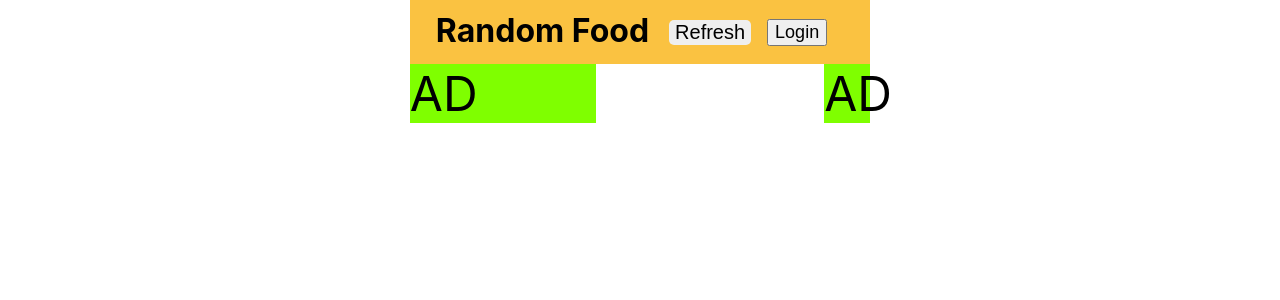
Repository: limjoohyun2030/random-food
Page: /random-food/home
The author's editor kept a copy of each file at every save. The page is drawn from the files as they stood at one save, then again after the next save.
The browser window is 1280 px wide. The pictures show the whole page.
The page's requests for data from a server got no answer. The project was rebuilt for these pictures with package versions that can differ from the ones it lists, and the page was loaded fresh each time. A package was used in the major version that the imports need, not the one package.json lists. No one was signed in, and anything a server would have sent is missing. Also part of the build but not shown: src/components/food_detail/food_detail.module.css, src/components/food_detail/food_detail.jsx, src/components/food_item/food_item.module.css, src/components/food_item/food_item.jsx, src/components/login/login.module.css, src/components/login/login.jsx.

Above is the page before, as saved 2021-11-11 17:03:36.

### public/index.html
<!DOCTYPE html>
<html lang="en">
  <head>
    <meta charset="utf-8" />
    <link rel="icon" href="/images/foodIcon.ico" />
    <meta name="viewport" content="width=device-width, initial-scale=1" />
    <meta name="theme-color" content="#000000" />
    <meta
      name="description"
      content="Web site created using create-react-app"
    />

    <title>Random Food</title>
  </head>
  <body>
    <noscript>You need to enable JavaScript to run this app.</noscript>
    <div id="root"></div>
  </body>
</html>

### src/index.js
import React from "react";
import ReactDOM from "react-dom";
import "./index.css";
import App from "./app";
import AuthService from "./service/auth_service";

const authService = new AuthService();

ReactDOM.render(
  <React.StrictMode>
    <App authService={authService} />
  </React.StrictMode>,
  document.getElementById("root")
);

### src/index.css
body {
  margin: 0;
  padding: 0;
  font-family: -apple-system, BlinkMacSystemFont, "Segoe UI", "Roboto", "Oxygen",
    "Ubuntu", "Cantarell", "Fira Sans", "Droid Sans", "Helvetica Neue",
    sans-serif;
  -webkit-font-smoothing: antialiased;
  -moz-osx-font-smoothing: grayscale;
}

code {
  font-family: source-code-pro, Menlo, Monaco, Consolas, "Courier New",
    monospace;
}

* {
  box-sizing: border-box;
}

#root {
  display: flex;
  justify-content: center;
}

### src/app.jsx
import { useEffect, useState, useRef } from "react";
import { BrowserRouter, Route, Switch } from "react-router-dom";
import styles from "./app.module.css";
import FoodDetail from "./components/food_detail/food_detail";
import FoodList from "./components/food_list/food_list";
import Header from "./components/header/header";
import Login from "./components/login/login";


function App({ authService }) {
  const ref = useRef();
  const [foods, setFoods] = useState([]);
  const [isSelectedFood, setIsSelectedFood] = useState();
  const [isFoodOpen, setIsFoodOpen] = useState(false);
  const [isRefresh, setIsRefresh] = useState(false);

  const selectFood = (food) => {
    setIsSelectedFood(food);
  };

  const onRefreshClick = () => {
    setIsRefresh((oldstate) => !oldstate);
  };

  useEffect(() => {
    const myHeaders = new Headers();
    myHeaders.append("Content-Type", "application/json");

    const requestOptions = {
      method: "GET",
      headers: myHeaders,
      redirect: "follow",
    };

    fetch(
      "https://api.spoonacular.com/recipes/random?number=4&apiKey=92cedfb0b9e844679738e6c6c90cd453",
      requestOptions
    )
      .then((response) => response.json())
      .then((result) => setFoods(result.recipes))
      .catch((error) => console.log("error", error));
  }, [isRefresh]);

  useEffect(() => {
    const checkIfClickedOutside = (e) => {
      if (isFoodOpen && ref.current && !ref.current.contains(e.target)) {
        setIsFoodOpen(false);
      }
    };

    document.addEventListener("mousedown", checkIfClickedOutside);

    return () => {
      document.removeEventListener("mousedown", checkIfClickedOutside);
    };
  }, [isFoodOpen]);

  return (
    <div className={styles.app}>
      <BrowserRouter>
        <Switch>
          <Route
            exact
            path="/random-food/"
            render={() => <Login authService={authService} />}
          />

          <Route
            path="/random-food/home"
            render={() => (
              <div>
                <Header onRefreshClick={onRefreshClick} />
                <section>
                  <div className={styles.detail}>
                    {isFoodOpen && <FoodDetail food={isSelectedFood} />}
                  </div>

                  <div
                    className={styles.list}
                    onClick={() => setIsFoodOpen((oldstate) => !oldstate)}
                  >
                    <FoodList
                      foods={foods}
                      onFoodClick={selectFood}
                      ref={ref}
                    />
                  </div>
                </section>
              </div>
            )}
          />
          <Route path="*">
            <h2>Page Not Found</h2>
          </Route>
        </Switch>
      </BrowserRouter>
    </div>
  );
}

export default App;

### src/service/auth_service.js
import firebase from "firebase";
import firebaseApp from "./firebase";

class AuthService {
  login() {
    const authProvider = new firebase.auth.GoogleAuthProvider();
    return firebaseApp.auth().signInWithPopup(authProvider);
  }
}

export default AuthService;

### src/app.module.css
/* @value makerLightOrange from './common/colors.css'; */

.app {
  max-width: 100rem;
  /* background-image: url("https://image.freepik.com/free-photo/spaghetti-with-spicy-mixed-seafood-dark-background_1150-45297.jpg"); */
  background-repeat: no-repeat;
  background-size: 100vw 100vh;
}

.content {
  position: relative;
}

.detail {
  z-index: 2;
  /* margin: auto 0; */
  margin-top: 5px;
  height: 520px;
  width: auto;
  position: absolute;
  background-color: #dfe08e;
}

.list {
  /* visibility: hidden; */
  z-index: 1;
}

### src/components/food_list/food_list.jsx
import React from "react";
import FoodItem from "../food_item/food_item";
import styles from "./food_list.module.css";

const FoodList = React.forwardRef(({ foods, onFoodClick }, ref) => {
  return (
    <section className={styles.foodBox}>
      <div className={styles.sidebarLeft}>AD</div>
      <ul className={styles.foods}>
        {foods &&
          foods.map((food) => (
            <FoodItem
              key={food.id}
              food={food}
              onFoodClick={onFoodClick}
              ref={ref}
            />
          ))}
      </ul>
      <div className={styles.sidebarRight}>AD</div>
    </section>
  );
});

export default FoodList;

### src/components/header/header.jsx
import styles from "./header.module.css";
import React from "react";

const Header = ({ onRefreshClick }) => {
  return (
    <header className={styles.header}>
      <div className={styles.leftbox}>
        {/* <img
          className={styles.foodIcon}
          src="https://github.com/Sweetpotatopizza/random-food/blob/main/public/images/reloadIcon.png"
          alt="logo"
        /> */}
        <h1 className={styles.title}>Random Food</h1>
        <button className={styles.reloadBox} onClick={onRefreshClick}>
          Refresh
          {/* <img
            className={styles.reloadBtn}
            src="/images/reload.png"
            alt="reload"
          /> */}
        </button>
      </div>
      {/* fontawesome needed */}
      <div className={styles.rightbox}>
        {/* <button className={styles.like}>Like</button> */}
        <button className={styles.login}>Login</button>
      </div>
    </header>
  );
};

export default Header;

### src/service/firebase.js
// Import the functions you need from the SDKs you need
// import { initializeApp } from "firebase/app";
import firebase from "firebase";

// TODO: Add SDKs for Firebase products that you want to use
// https://firebase.google.com/docs/web/setup#available-libraries

// Your web app's Firebase configuration
// For Firebase JS SDK v7.20.0 and later, measurementId is optional
const firebaseConfig = {
  apiKey: process.env.REACT_APP_FIREBASE_API_KEY,
  authDomain: process.env.REACT_APP_FIREBASE_AUTH_DOMAIN,
  databaseURL: process.env.REACT_APP_FIREBASE_DB_URL,
  projectId: process.env.REACT_APP_FIREBASE_PROJECT_ID,
  appId: process.env.REACT_APP_FIREBASE_APP_ID,
};

// console.log(process.env.REACT_APP_FIREBASE_API_KEY);
// Initialize Firebase
const firebaseApp = firebase.initializeApp(firebaseConfig);
export default firebaseApp;

### src/components/food_list/food_list.module.css
.foodBox {
  display: flex;
}

.foods {
  display: flex;
  flex-wrap: wrap;
  list-style: none;
  justify-content: center;
  align-items: center;
  width: 80%;
  margin: 0 auto;
  padding: 0;
}

.sidebarLeft {
  background-color: chartreuse;
  font-size: 3em;
  width: 300px;
  cursor: pointer;
}

.sidebarRight {
  background-color: chartreuse;
  font-size: 3em;
  width: 10%;
  cursor: pointer;
}

@media screen and (max-width: 769px) {
  .foods {
    flex-direction: column;
    flex-wrap: nowrap;
    width: 100%;
  }
}

### src/components/header/header.module.css
/* @value makerOrange from '../../common/colors.css'; */

.header {
  display: flex;
  height: 4rem;
  padding: 0.8em 1em;
  background-color: #fac241;
  align-items: center;
  justify-content: space-between;
}

.leftbox {
  display: flex;
  align-items: center;
  margin-right: 1em;
}

.title {
  margin-top: 19px;
  margin-left: 10px;
}

.foodIcon {
  width: 50px;
  height: 50px;
}

.reloadBox {
  font-size: 20px;
  border-radius: 5px;
  border: none;
  margin-left: 1em;
  transition: transform 200ms ease-in-out;
}

.reloadBox:hover {
  cursor: pointer;
  transform: scale(1.07);
}

.reloadBtn {
  width: 40px;
  height: 40px;
}

.reloadBtn:hover {
  cursor: pointer;
  animation-name: spin;
  animation-duration: 2000ms;
  animation-iteration-count: infinite;
  animation-timing-function: linear;
}

@keyframes spin {
  from {
    transform: rotate(0deg);
  }
  to {
    transform: rotate(360deg);
  }
}

.like {
  margin-right: 1.5em;
  font-size: large;
  cursor: pointer;
  transition: transform 200ms ease-in-out;
}

.like:hover {
  transform: scale(1.07);
}

.login {
  margin-right: 1.5em;
  font-size: large;
  cursor: pointer;
}

After the next save:
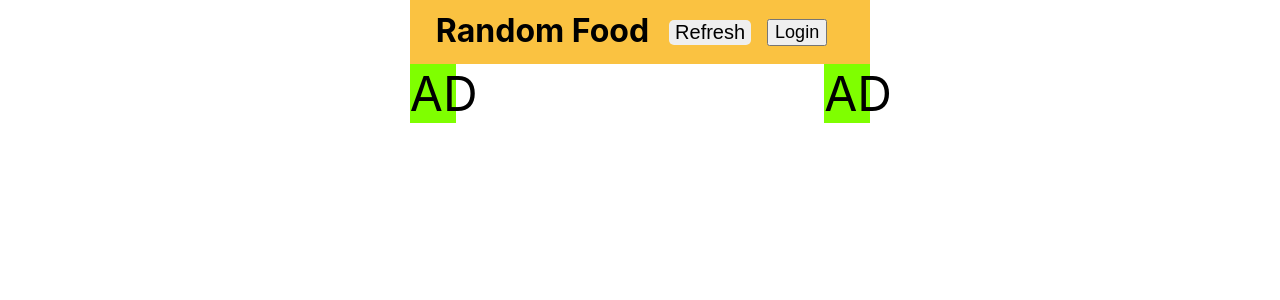
Saved 5 s later.
--- a/src/components/food_list/food_list.module.css
+++ b/src/components/food_list/food_list.module.css
@@ -16,7 +16,7 @@
 .sidebarLeft {
   background-color: chartreuse;
   font-size: 3em;
-  width: 300px;
+  width: 10%;
   cursor: pointer;
 }
 
